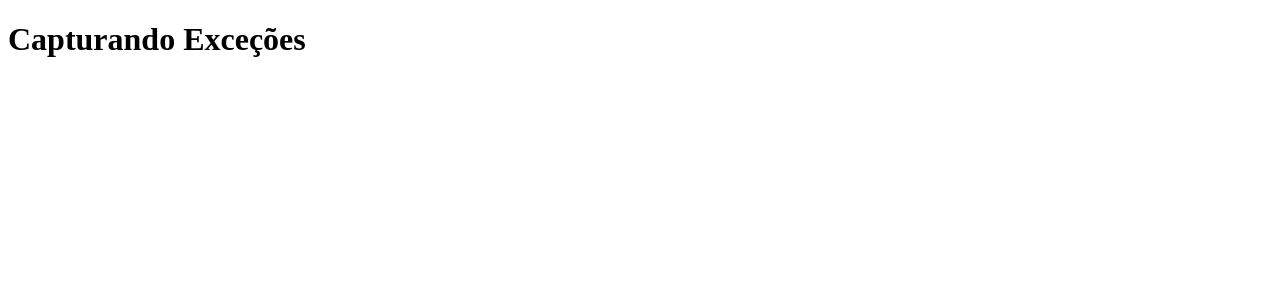
Repository: VictorGOrellana/RecursosJava
Page: http://localhost/curso.edu/capturarExcecoes.jsp
These files come from the project's save history. The page is drawn as it stood at one moment and after the next save; the edit follows.
The browser window is 1280 px wide. The pictures show the whole page.
The page is served by Tomcat 9.

Above is the page before, as saved 2019-07-23 13:56:27.

After the next save:
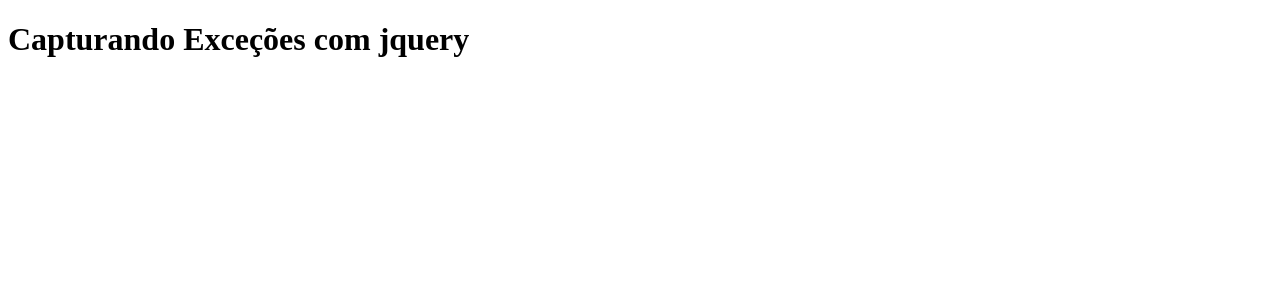
Saved 20 s later.
--- a/curso.edu/WebContent/capturarExcecoes.jsp
+++ b/curso.edu/WebContent/capturarExcecoes.jsp
@@ -8,7 +8,7 @@
 </head>
 <body>
 
-	<h1>Capturando Exceções</h1>
+	<h1>Capturando Exceções com jquery</h1>
 
 </body>
 </html>
